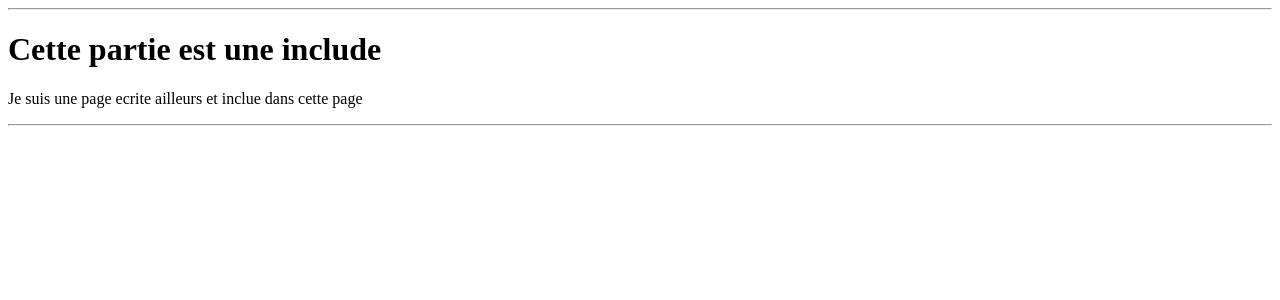
Repository: lemzoo/Formation_JEE
Page: http://localhost/FirstProject/maPageInclude.jsp
These files come from the project's save history. The page is drawn as it stood at one moment and after the next save; the edit follows.
The browser window is 1280 px wide. The pictures show the whole page.
The page is served by Tomcat 9.

Above is the page before, as saved 2016-06-20 12:03:12.

After the next save:
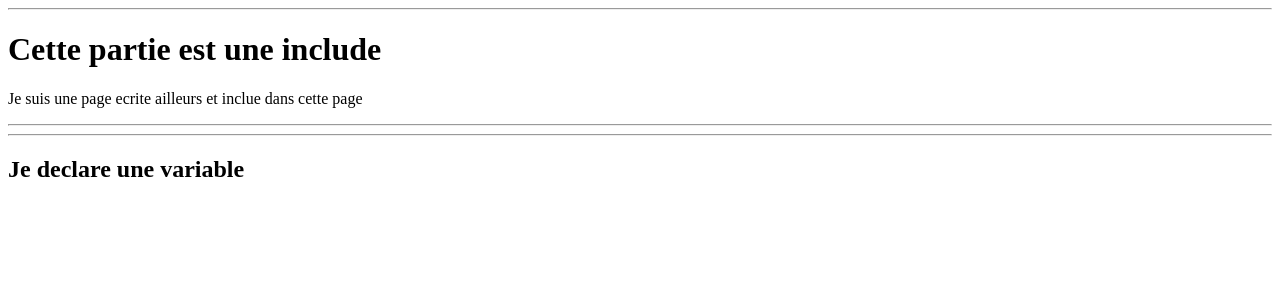
Saved 11 s later.
--- a/FirstProject/WebContent/maPageInclude.jsp
+++ b/FirstProject/WebContent/maPageInclude.jsp
@@ -11,5 +11,9 @@
 	<h1>Cette partie est une include</h1>
 	<p>Je suis une page ecrite ailleurs et  inclue dans cette page</p>
 	<hr>
+
+	<hr>
+    <h2>Je declare une variable</h2>
+    <% String svotreNom = "Odellya Consulting"; %>
 </body>
 </html>
